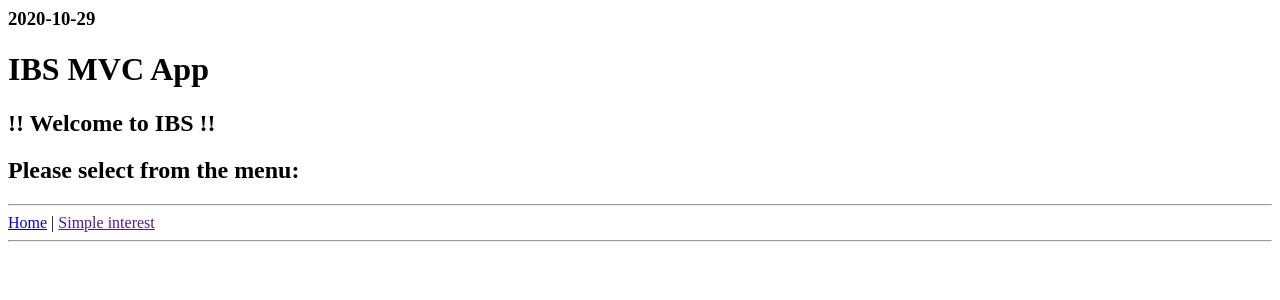
Repository: anik84/ibs
Page: http://localhost/IBS/
These files come from the project's save history. The page is drawn as it stood at one moment and after the next save; the edit follows.
The browser window is 1280 px wide. The pictures show the whole page.
The page is served by Tomcat 9. Other server files are loaded and not shown.

Above is the page before, as saved 2020-10-29 04:38:37.

### IBS_JSPs/IBS/WebContent/index.jsp
<%@page import="java.time.LocalDate"%>
<html>
	<head>
		<title>IBS Home</title>
	</head>
	<body>
		<h3><%=LocalDate.now() %></h3>
		<h1>IBS MVC App</h1>
		<h2>!! Welcome to IBS !!</h2>

		<h2>Please select from the menu:</h2>
		<jsp:include page="menu.jsp"/>
	</body>
</html>

### IBS_JSPs/IBS/WebContent/menu.jsp
<nav>
	<hr />
	 <a href="index.jsp">Home</a>
	 <span>|</span>
	 <a href="">Simple interest</a>
	<hr />
</nav>

After the next save:
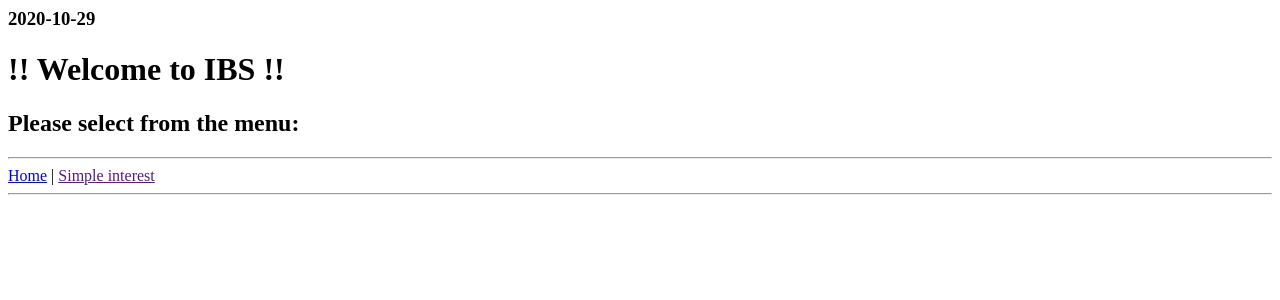
Saved 69 s later.
--- a/IBS_JSPs/IBS/WebContent/index.jsp
+++ b/IBS_JSPs/IBS/WebContent/index.jsp
@@ -5,9 +5,7 @@
 	</head>
 	<body>
 		<h3><%=LocalDate.now() %></h3>
-		<h1>IBS MVC App</h1>
-		<h2>!! Welcome to IBS !!</h2>
-
+		<h1>!! Welcome to IBS !!</h1>
 		<h2>Please select from the menu:</h2>
 		<jsp:include page="menu.jsp"/>
 	</body>
